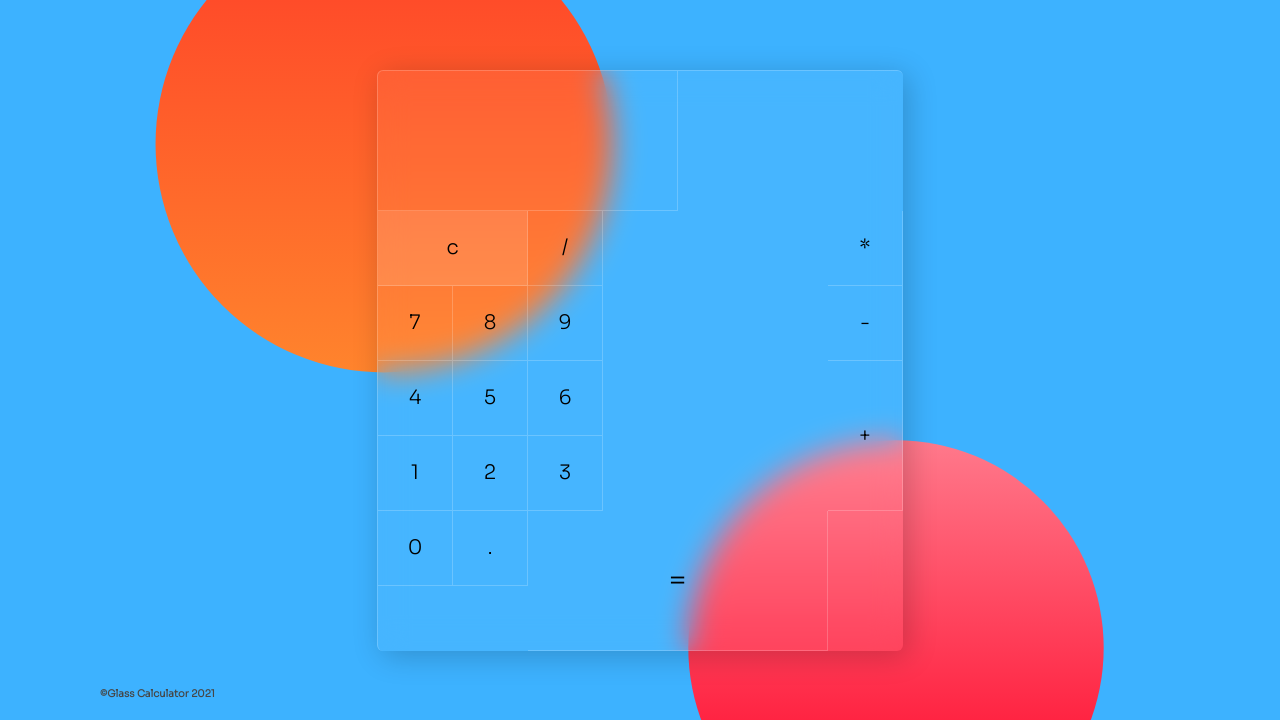
Repository: tharunkumaar404/Glass-Calci
Page: index.html
The author's editor kept a copy of each file at every save. The page is drawn from the files as they stood at one save, then again after the next save.
The browser window is 1280 px wide. The pictures show the whole page.

Above is the page before, as saved 2021-08-26 15:33:00.

After the next save:
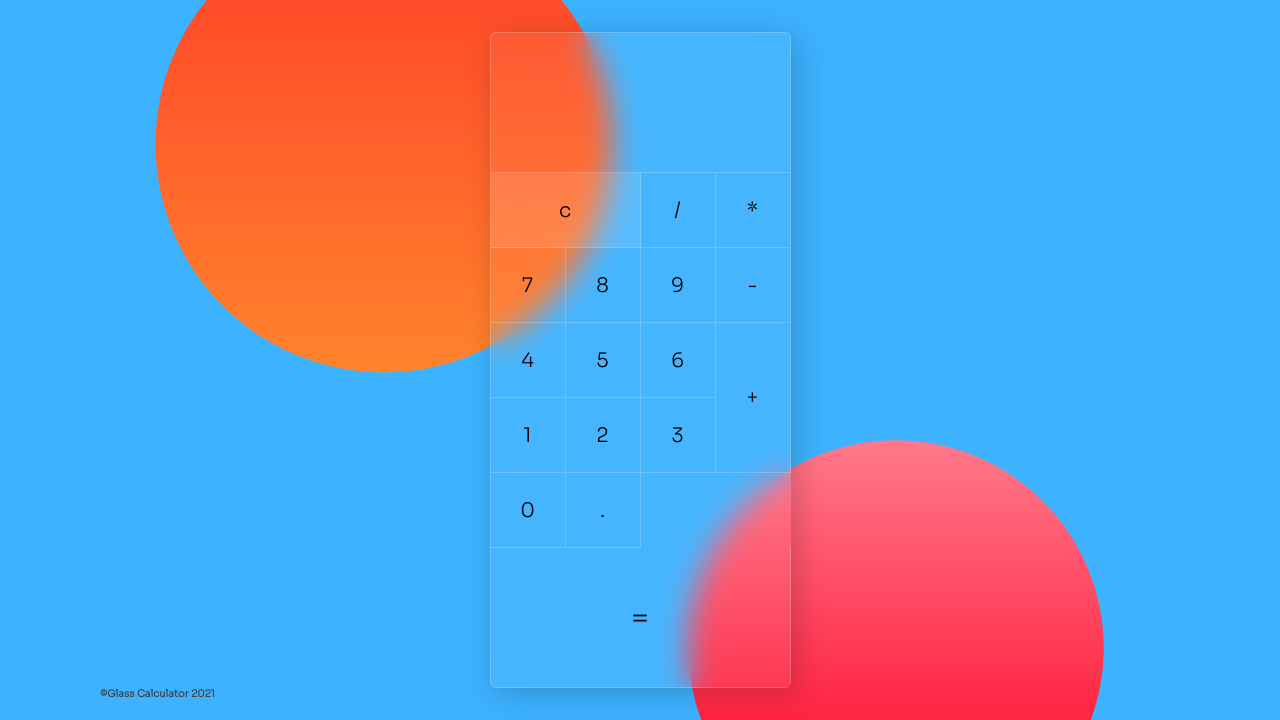
Saved 4 s later.
--- a/styles.css
+++ b/styles.css
@@ -73,7 +73,7 @@ body::after{
 
 }
 .container .calculator .equal{
-    grid-column: span 0.1;
+    grid-column: span 4;
     height: 140px;
     width:300px;
     text-align:right;
